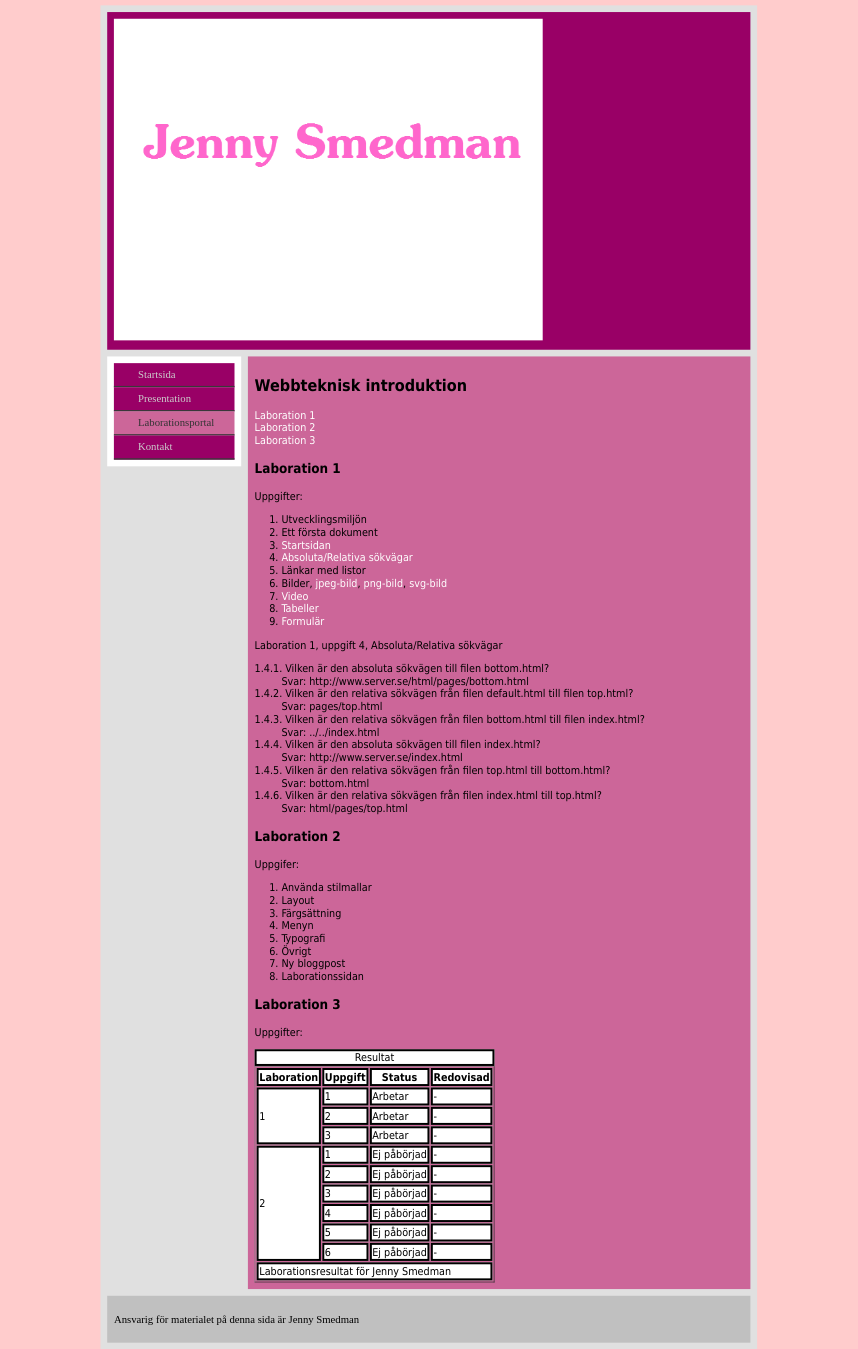
Repository: js223mx/1ik415-js223mx-laborationer
Page: pages/laborationer.html
The author's editor kept a record of every edit. The page is drawn from the files as they stood at one moment, then again after the next edit.
The browser window is 1280 px wide. The pictures show the whole page, at 67% of full size.

Above is the page before.

### pages/laborationer.html
<!doctype html>
<html lang ="sv">

    <head>

            <meta charset="utf-8" />
            <title>Min laborationsportal</title>
            <link rel="stylesheet" type="text/css" href="../css/style.css">
    </head>
    <body>
         <div id="container">
         <div id="header">
          <img id="logga" src="../pics/logga.png" alt="Min logga" />
         </div>





            <div id="navigation">
                <ul>
                <li><a href="../index.html">Startsida</a></li>
                <li><a href="presentation.html">Presentation</a></li>
                <li><a href="laborationer.html" class="active">Laborationsportal</a></li>
                <li><a href="kontakt.html">Kontakt</a></li>
            </ul>
            </div>

                <div id="content">
                <h2>Webbteknisk introduktion</h2>

                    <ul>
                        <li><a href="#Laboration1">Laboration 1</a> </li>
                        <li><a href="#Laboration2">Laboration 2</a></li>
                        <li><a href="#Laboration3">Laboration 3</a></li>
                    </ul>

                <h3 id="Laboration1">Laboration 1</h3>

                    <p>Uppgifter:</p>
                        <ol>
                            <li>Utvecklingsmiljön</li>
                            <li>Ett första dokument</li>
                            <li><a href="../index.html#<p>Välkommen</p>">Startsidan</a> </li>
                            <li><a href="laborationer.html#Uppgift4">Absoluta/Relativa sökvägar</a> </li>
                            <li>Länkar med listor</li>
                            <li>Bilder, <a href="presentation.html#jag">jpeg-bild</a>, <a href="../index.html#logga">png-bild</a>, <a href="../index.html#svgbild">svg-bild</a></li>
                            <li><a href="../index.html#video">Video</a> </li>
                            <li><a href="laborationer.html#table">Tabeller</a> </li>
                            <li><a href="kontakt.html#contact-form">Formulär</a></li>
                        </ol>

                        <p id="Uppgift4">Laboration 1, uppgift 4, Absoluta/Relativa sökvägar</p>
                        <dl>
                            <dt>1.4.1. Vilken är den absoluta sökvägen till filen bottom.html?</dt>
                            <dd>Svar: http://www.server.se/html/pages/bottom.html</dd>
                            <dt>1.4.2. Vilken är den relativa sökvägen från filen default.html till filen top.html?</dt>
                            <dd>Svar: pages/top.html</dd>
                            <dt>1.4.3. Vilken är den relativa sökvägen från filen bottom.html till filen index.html?</dt>
                            <dd>Svar: ../../index.html</dd>
                            <dt>1.4.4. Vilken är den absoluta sökvägen till filen index.html?</dt>
                            <dd>Svar: http://www.server.se/index.html</dd>
                            <dt>1.4.5. Vilken är den relativa sökvägen från filen top.html till bottom.html?</dt>
                            <dd>Svar: bottom.html</dd>
                            <dt>1.4.6. Vilken är den relativa sökvägen från filen index.html till top.html?</dt>
                            <dd>Svar: html/pages/top.html</dd>
                        </dl>

                <h3 id="Laboration2">Laboration 2</h3>

                    <p>Uppgifer:</p>
                        <ol>
                            <li>Använda stilmallar</li>
                            <li>Layout</li>
                            <li>Färgsättning</li>
                            <li>Menyn</li>
                            <li>Typografi</li>
                            <li>Övrigt</li>
                            <li>Ny bloggpost</li>
                            <li>Laborationssidan</li>
                        </ol>

                <h3 id="Laboration3">Laboration 3</h3>

                    <p>Uppgifter:</p>


                        <table border="1">
                            <caption id="table">Resultat</caption>
                            <tr>
                                <th>Laboration</th>
                                <th>Uppgift</th>
                                <th>Status</th>
                                <th>Redovisad</th>
                            </tr>
                            <tr>
                                <td rowspan="3">1</td>
                                <td>1</td>
                                <td>Arbetar</td>
                                <td>-</td>
                            </tr>
                            <tr>

                                <td>2</td>
                                <td>Arbetar</td>
                                <td>-</td>
                            </tr>
                            <tr>

                                <td>3</td>
                                <td>Arbetar</td>
                                <td>-</td>
                            </tr>
                            <tr>
                                <td rowspan="6">2</td>
                                <td>1</td>
                                <td>Ej påbörjad</td>
                                <td>-</td>
                            </tr>
                            <tr>
                                <td>2</td>
                                <td>Ej påbörjad</td>
                                <td>-</td>
                            </tr>
                            <tr>
                                <td>3</td>
                                <td>Ej påbörjad</td>
                                <td>-</td>
                            </tr>
                            <tr>
                                <td>4</td>
                                <td>Ej påbörjad</td>
                                <td>-</td>
                            </tr>
                            <tr>
                                <td>5</td>
                                <td>Ej påbörjad</td>
                                <td>-</td>
                            </tr>
                            <tr>
                                <td>6</td>
                                <td>Ej påbörjad</td>
                                <td>-</td>
                            </tr>
                            <tr>
                                <td colspan="4">Laborationsresultat för Jenny Smedman</td>
                            </tr>
                        </table>
                        </div>

             <div id="footer">
             <p>Ansvarig för materialet på denna sida är Jenny Smedman</p>
             </div>


          </div>
    </body>




</html>

### css/style.css
html {
    height: 100%;
}
body {
    background-color: #FFCCCC;
    min-height: 100% !important;
    height: 100;
}
#container {
    width: 960px;
    margin-left: auto;
    margin-right: auto;
}
#navigation {
    width: 180px;
    float: left;
    background-color: #FFFFFF;
    height: 100%;
    margin-right: 10px;
}
#content {
    overflow: scroll;
    background-color: #CC6699;
    height: 100%;
    font-family: "Tahoma", Geneva, sans-serif;
}
#header {
    background-color: #990066;
    margin-bottom: 10px;
}
#footer {
    background-color: #C0C0C0;
    margin-top: 10px;
}
/* body backgroundcolor: #FFCCCC
    navigation backgroundcolor: #FFFFFF
    content backgroundcolor: #CC6699
    header backgroundcolor: #990066
    footer backgroundcolor: #C0C0C0 */

div {
    padding: 10px;
    background-color: #E0E0E0;
}
ul {
    list-style-type:none;
    padding-left: 0;
    margin: 0;
}

h1 {
    font-size: 200%;
}
h2 {
    font-size: 150%;

}
h3 {
    font-size: 125%;
}
p {
    font-size: 100%;

}
.h3{
    border-bottom: 2px solid #000000;
    background-color:transparent;
}
.h3: before{
    width: 46px;
    height: 44px;
    background: url("pics/texticon.png") no-repeat;
    content:"";
    float: left;
    display: block;
    margin: 5px 5px 5px 0;
}
#video
{
    margin-bottom:0px;
}
#blogg {
    margin-bottom:0px;
}
#content a {
    text-decoration: none;
    color: #FFFFFF;
}
#content a:hover {
    text-decoration: underline;
}
/*navigation---------------------------------------------------------*/

#navigation a:hover
{
    background: #CC6699;
	color: #fff;
}
#navigation a {
    background: #990066;
	border-bottom: 2px solid #393939;
	color: #ccc;
	display: block;
	margin: 0px;
	padding: 8px 12px;
	text-decoration: none;
	text-indent: 24px;
}
#navigation .active {
    background-color: #CC6699;
	color: #333;
}
/*table---------------------------------------------------------*/
#table, td, th{
    border:3px solid black;
    background-color:white;
}
.list-title
{
    font-weight:bold;
}

After the next edit:
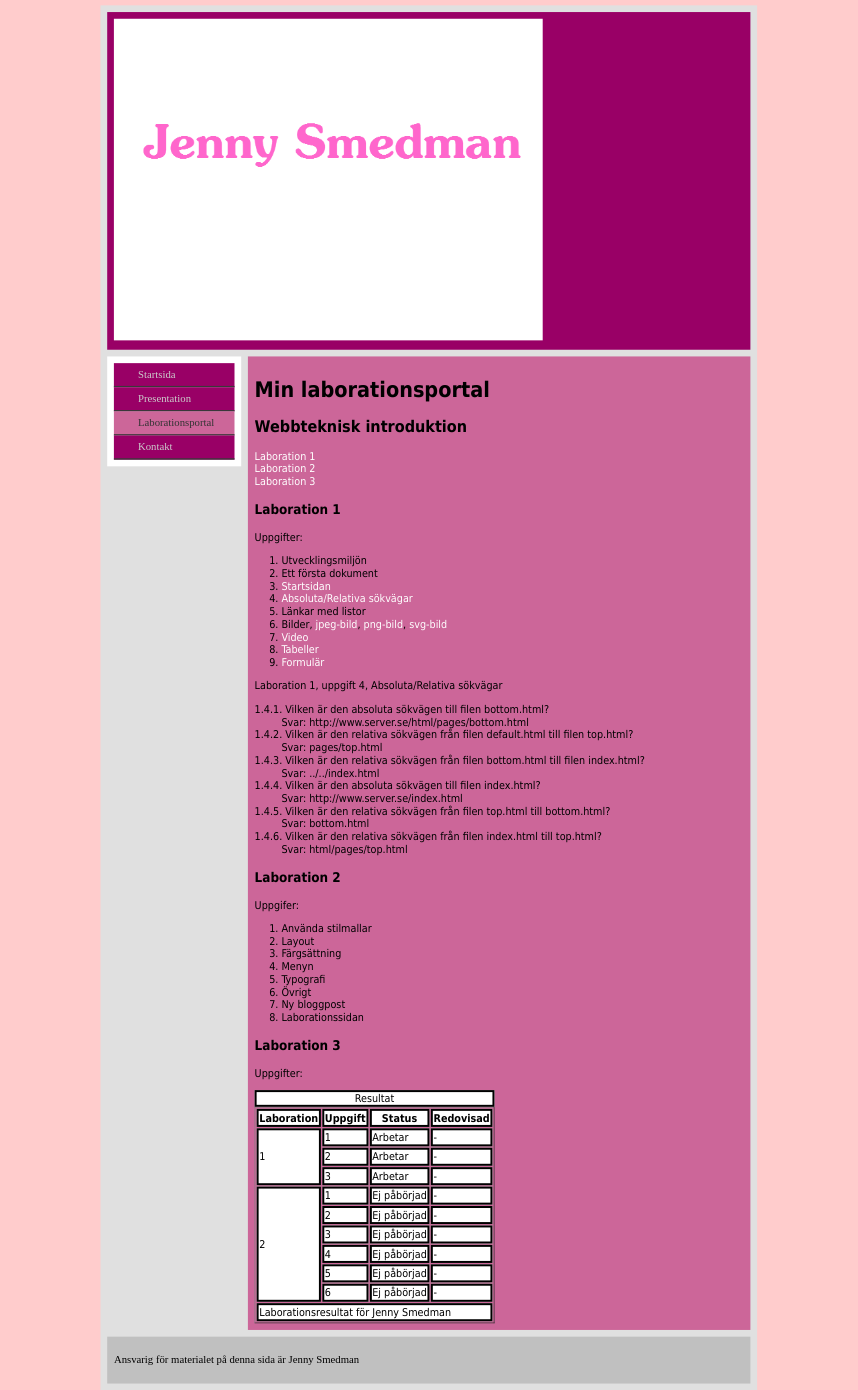
The edit:
--- a/pages/laborationer.html
+++ b/pages/laborationer.html
@@ -27,6 +27,7 @@
             </div>
 
                 <div id="content">
+                 <h1>Min laborationsportal</h1>
                 <h2>Webbteknisk introduktion</h2>
 
                     <ul>
